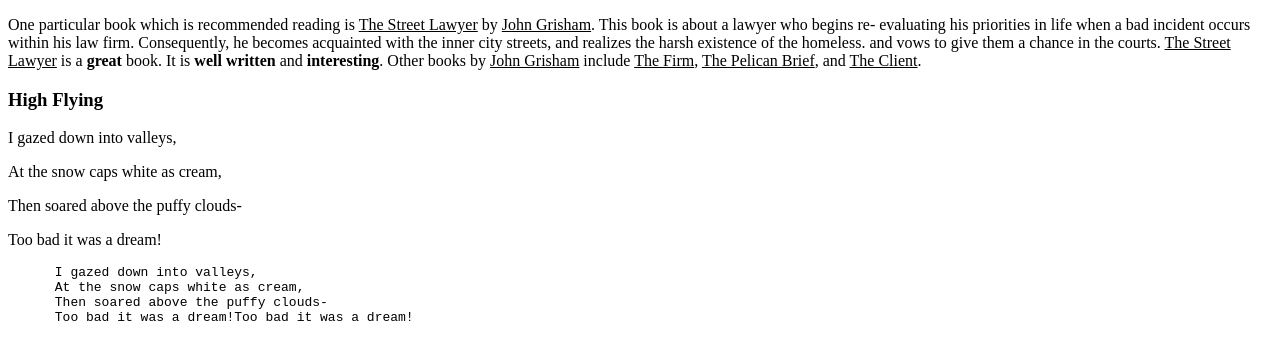
Repository: NguyenPhuSang21023391/HTCNWeb_T1-2
Page: TH_Tuan01/html/bai03.html
These files come from the project's save history. The page is drawn as it stood at one moment and after the next save; the edit follows.
The browser window is 1280 px wide. The pictures show the whole page.

Above is the page before, as saved 2023-02-19 15:49:03.

After the next save:
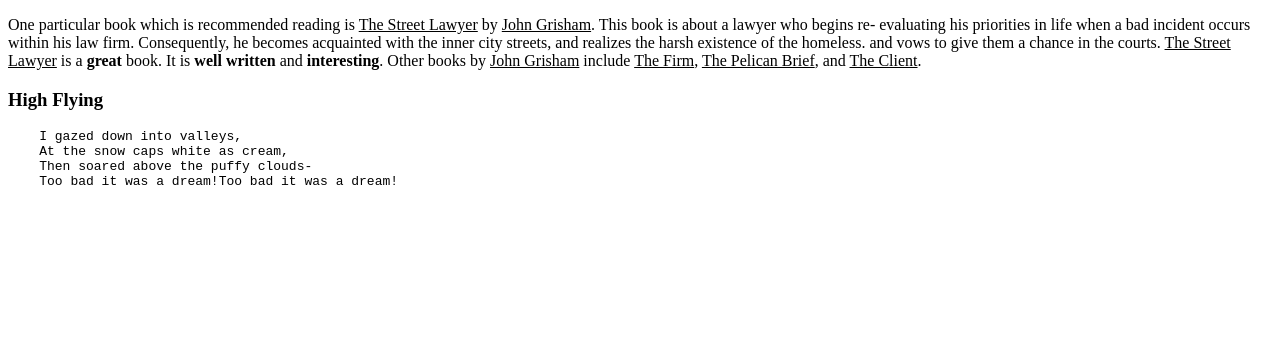
Saved 42 s later.
--- a/TH_Tuan01/html/bai03.html
+++ b/TH_Tuan01/html/bai03.html
@@ -21,16 +21,11 @@
     </p>
 
     <h3>High Flying</h3>
-    <p style="text-align: left: ;;">I gazed down into valleys,</p>
-    <p style="text-align: left: ;;">At the snow caps white as cream,</p>
-    <p style="text-align: left: ;;">Then soared above the puffy clouds-</p>
-    <p style="text-align: left: ;;">Too bad it was a dream!</p>
-
     <pre style="text-align: ">
-      I gazed down into valleys,
-      At the snow caps white as cream,
-      Then soared above the puffy clouds-
-      Too bad it was a dream!Too bad it was a dream!</pre
+    I gazed down into valleys,
+    At the snow caps white as cream,
+    Then soared above the puffy clouds-
+    Too bad it was a dream!Too bad it was a dream!</pre
     >
   </body>
 </html>
